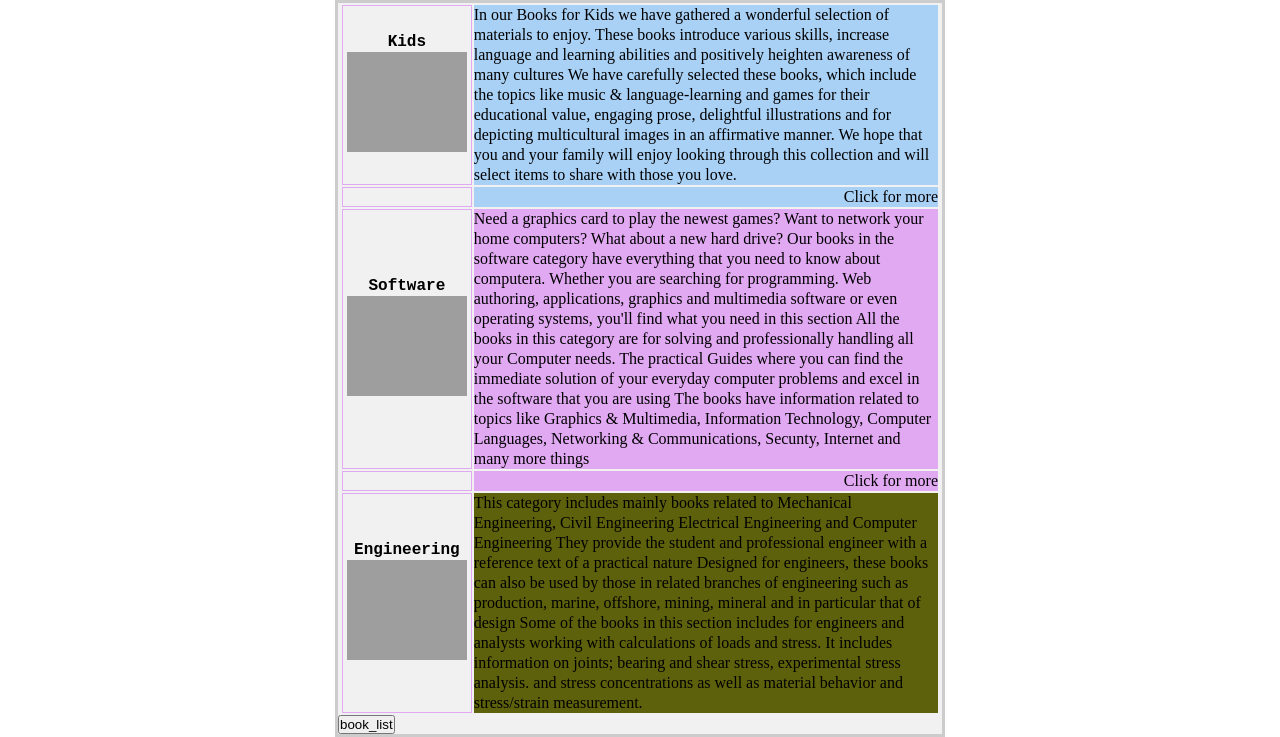
Repository: Helianthusss/Learn-CPP
Page: HTML/lap2/bai4/bai4.html
An editor plug-in stored every save of this project. The page is shown before and after the next save, followed by the edit.
The browser window is 1280 px wide. The pictures show the whole page.
Pictures or frames that could not be fetched are drawn as grey boxes.

Above is the page before, as saved 2021-10-10 08:23:54.

### HTML/lap2/bai4/bai4.html
<!DOCTYPE html>
<html lang="en">
  <head>
    <meta charset="UTF-8" />
    <meta http-equiv="X-UA-Compatible" content="IE=edge" />
    <meta name="viewport" content="width=device-width, initial-scale=1.0" />
    <title>Document</title>
    <link rel="stylesheet" href="bai4.css" />
  </head>
  <body>
    <div class="tab">
      <table>
        <tr id="tb1">
          <td class="tb12">
            <b> Kids</b>
            <img
              src="https://image.freepik.com/free-vector/children-day-draw-icon-collection_23-2147527765.jpg"
              width="120px"
              height="100px"
            />
          </td>
          <td class="tb11">
            In our Books for Kids we have gathered a wonderful selection of
            materials to enjoy. These books introduce various skills, increase
            language and learning abilities and positively heighten awareness of
            many cultures We have carefully selected these books, which include
            the topics like music & language-learning and games for their
            educational value, engaging prose, delightful illustrations and for
            depicting multicultural images in an affirmative manner. We hope
            that you and your family will enjoy looking through this collection
            and will select items to share with those you love.
          </td>
        </tr>
        <tr id="tb2">
          <td class="tb22"></td>
          <td class="tb21">Click for more</td>
        </tr>
        <tr id="tb3">
          <td class="tb31">
            <b> Software</b>
            <img
              src="https://khoaluantotnghiep.com/wp-content/uploads/2019/10/hinh-anh-quan-ly-nha-truong-2.jpg"
              width="120px"
              height="100px"
            />
          </td>
          <td class="tb32">
            Need a graphics card to play the newest games? Want to network your
            home computers? What about a new hard drive? Our books in the
            software category have everything that you need to know about
            computera. Whether you are searching for programming. Web authoring,
            applications, graphics and multimedia software or even operating
            systems, you'll find what you need in this section All the books in
            this category are for solving and professionally handling all your
            Computer needs. The practical Guides where you can find the
            immediate solution of your everyday computer problems and excel in
            the software that you are using The books have information related
            to topics like Graphics & Multimedia, Information Technology,
            Computer Languages, Networking & Communications, Secunty, Internet
            and many more things
          </td>
        </tr>
        <tr id="tb4">
          <td class="tb42"></td>
          <td class="tb41">Click for more</td>
        </tr>
        <tr id="tb5">
          <td class="tb51">
            <b> Engineering</b>
            <img
              src="https://www.du-hoc.net/wp-content/uploads/2018/06/vietnamese-engineer.jpg"
              width="120px"
              height="100px"
            />
          </td>
          <td class="tb52">
            This category includes mainly books related to Mechanical
            Engineering, Civil Engineering Electrical Engineering and Computer
            Engineering They provide the student and professional engineer with
            a reference text of a practical nature Designed for engineers, these
            books can also be used by those in related branches of engineering
            such as production, marine, offshore, mining, mineral and in
            particular that of design Some of the books in this section includes
            for engineers and analysts working with calculations of loads and
            stress. It includes information on joints; bearing and shear stress,
            experimental stress analysis. and stress concentrations as well as
            material behavior and stress/strain measurement.
          </td>
        </tr>
      </table>
      <input type="submit" value="book_list" style="text-align: left" />
    </div>
  </body>
</html>

### HTML/lap2/bai4/bai4.css
* {
  padding: 0px;
  margin: 0px;
  box-sizing: border-box;
}

table {
  margin-left: auto;
  margin-right: auto;
  width: 600px;
  line-height: 20px;
  overflow-x: initial;
  overflow-y: scroll;
}
.tab {
  overflow: hidden;
  border: 3px solid #ccc;
  background-color: #f1f1f1;
  margin-left: auto;
  margin-right: auto;
  width: 610px;
}

#tb1 .tb11 {
  text-align: left;
  background-color: #a9d0f5;
}
#tb1 .tb12 {
  font-family: "Courier New", Courier, monospace;
  text-align: center;

  border: 1px solid #e2a9f3;
}
#tb2 .tb21 {
  background-color: #a9d0f5;
  text-align: right;
}
#tb2 .tb22 {
  border: 1px solid #e2a9f3;
}
#tb3 .tb31 {
  text-align: center;
  font-family: "Courier New", Courier, monospace;
  border: 1px solid #e2a9f3;
}
#tb3 .tb32 {
  background-color: #e2a9f3;
}
#tb4 .tb41 {
  background-color: #e2a9f3;
  text-align: right;
}
#tb4 .tb42 {
  border: 1px solid #e2a9f3;
}
#tb5 .tb51 {
  font-family: "Courier New", Courier, monospace;
  text-align: center;
  border: 1px solid #e2a9f3;
}
#tb5 .tb52 {
  background-color: #5e610b;
}
#tb6 .tb61 {
  background-color: #5e610b;
  text-align: right;
}
#tb6 .tb61 {
  border: 1px solid #e2a9f3;
}

After the next save:
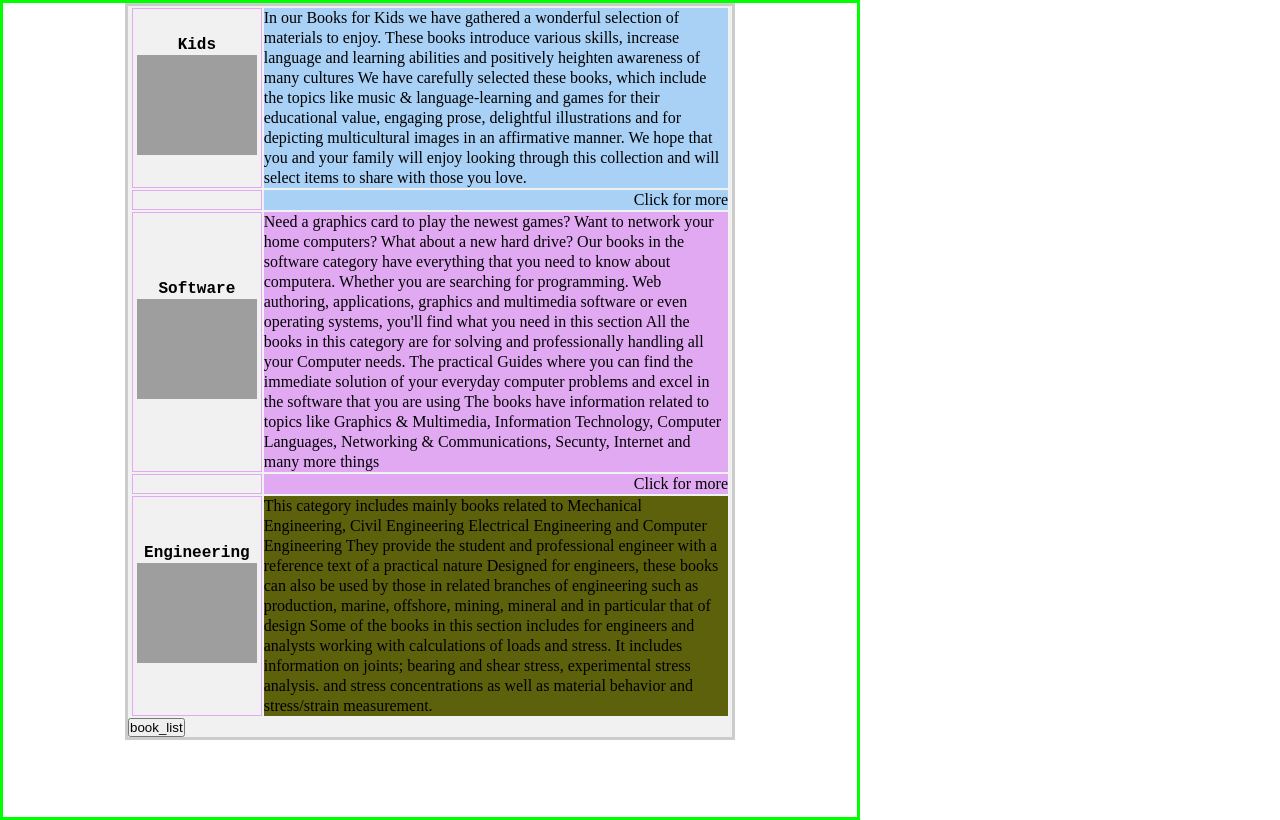
Saved 36 s later.
--- a/HTML/lap2/bai4/bai4.css
+++ b/HTML/lap2/bai4/bai4.css
@@ -3,14 +3,18 @@
   margin: 0px;
   box-sizing: border-box;
 }
-
+body {
+  border: 3px solid #00ff00;
+  width: 860px;
+  height: 820px;
+  overflow-x: initial;
+  overflow-y: initial;
+}
 table {
   margin-left: auto;
   margin-right: auto;
   width: 600px;
   line-height: 20px;
-  overflow-x: initial;
-  overflow-y: scroll;
 }
 .tab {
   overflow: hidden;
